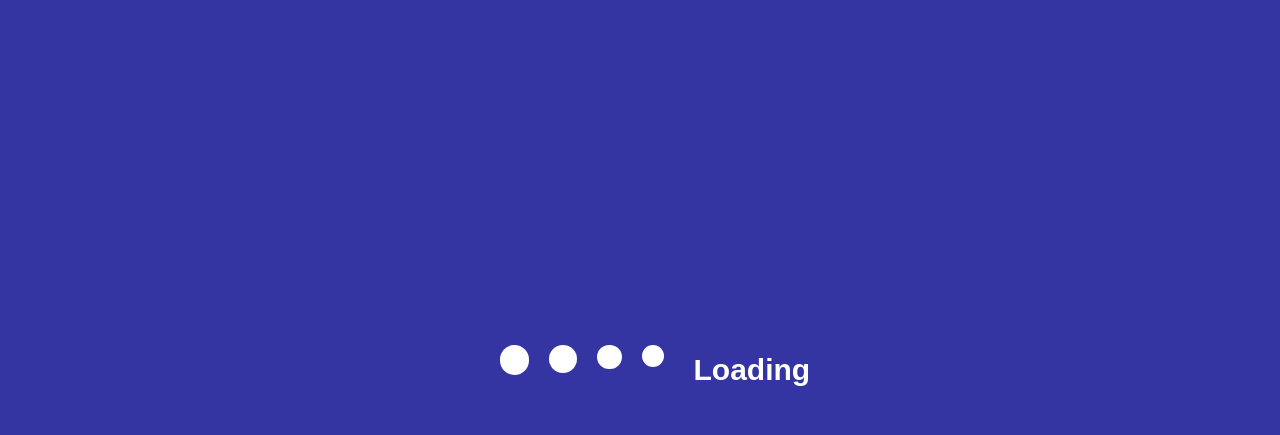
Repository: DevMike1993/100_Projects_HTML_CSS_JAVASCRIPT
Page: 02_Creative_Loading_Animation/index.html
These files come from the project's save history. The page is drawn as it stood at one moment and after a run of saves; the edit follows.
The browser window is 1280 px wide. The pictures show the whole page.

Above is the page before, as saved 2023-11-26 17:33:52.

After the next 3 saves:
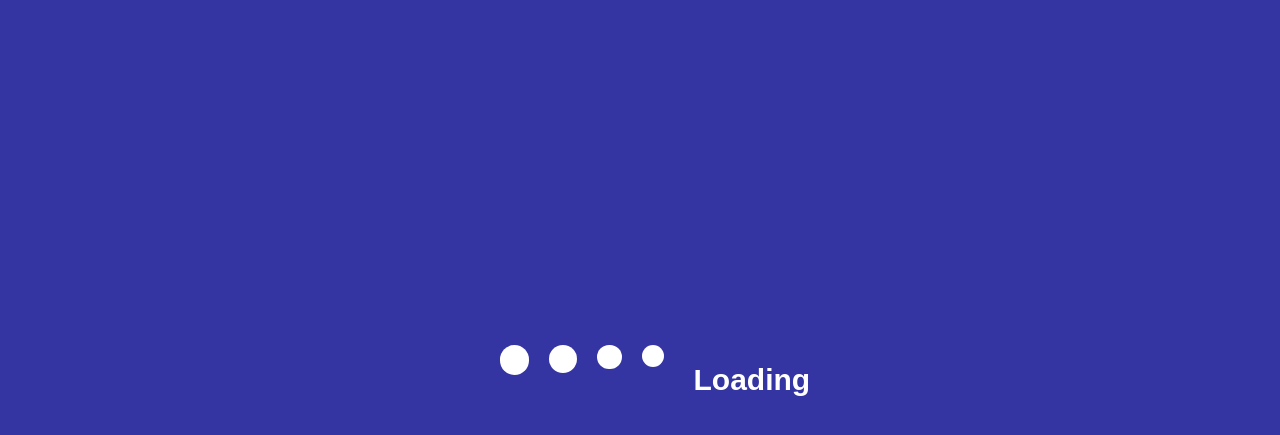
The 3 saves are shown as one change because they came seconds apart.
The last was saved 20 s later.
--- a/02_Creative_Loading_Animation/style.css
+++ b/02_Creative_Loading_Animation/style.css
@@ -26,6 +26,7 @@ body{
     color: #fff;
     font-weight: 600;
     transition: 0.5s;
+    margin-top: 20px;
 
 
 }

After the save that followed:
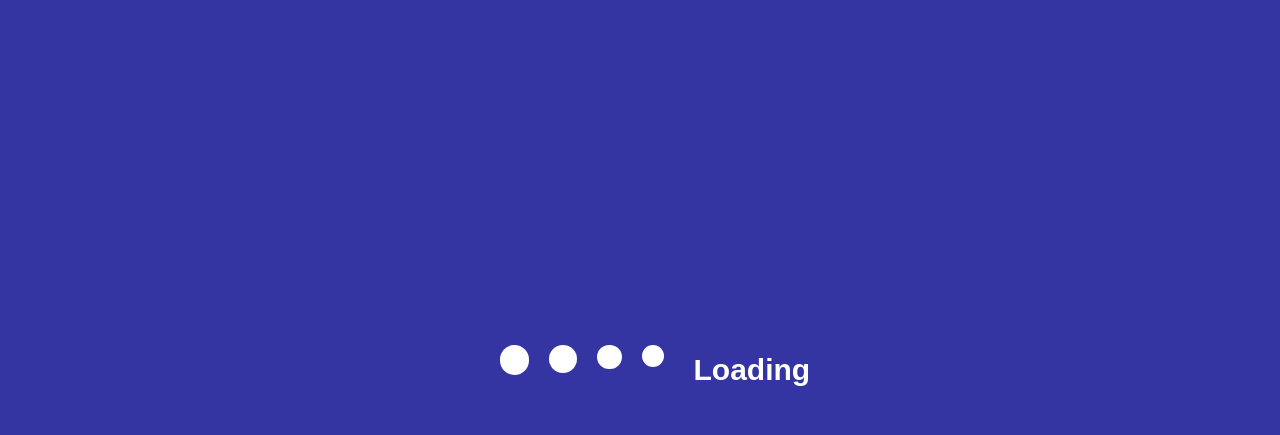
Saved 4 s later.
--- a/02_Creative_Loading_Animation/style.css
+++ b/02_Creative_Loading_Animation/style.css
@@ -18,7 +18,7 @@ body{
 
 .content{
     text-align: center;
-    margin-top: 20px;
+
 }
 
 .content h1{
